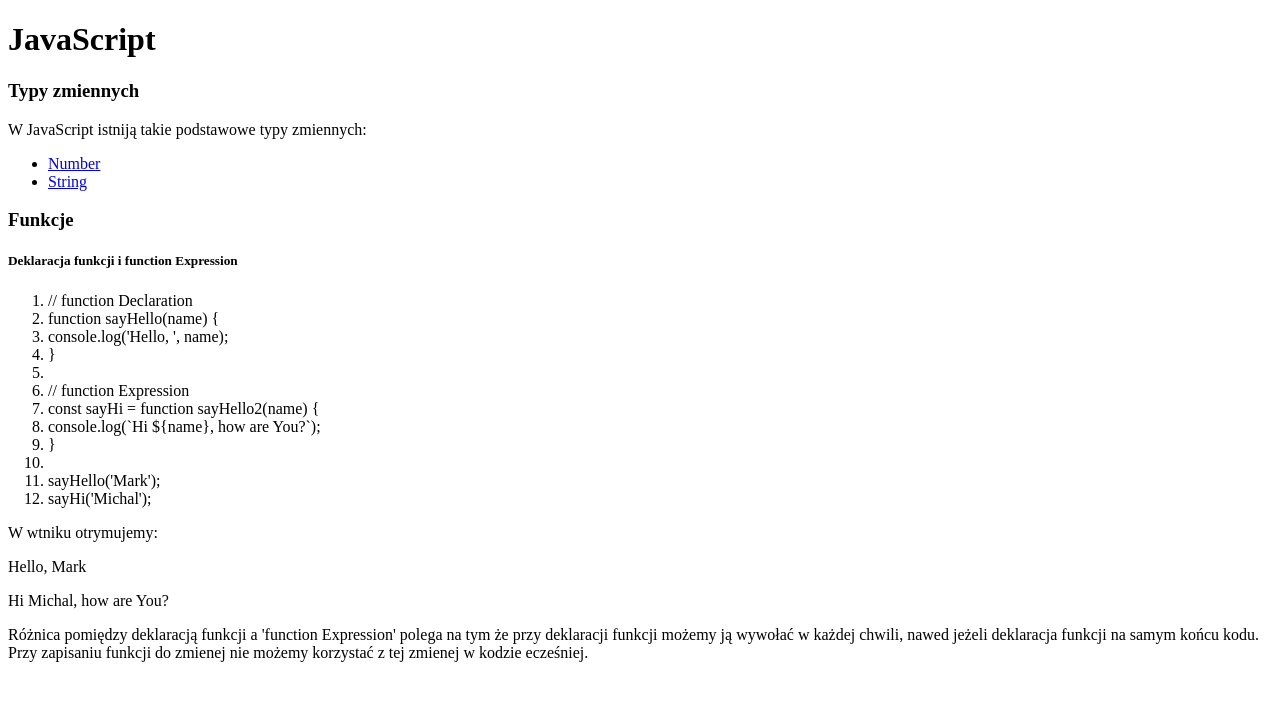
Repository: romanstetsiuk1/JS_learn
Page: noteJavaScript.html
An editor plug-in stored every save of this project. The page is shown before and after the next save, followed by the edit.
The browser window is 1280 px wide. The pictures show the whole page.

Above is the page before, as saved 2020-08-19 16:46:39.

After the next save:
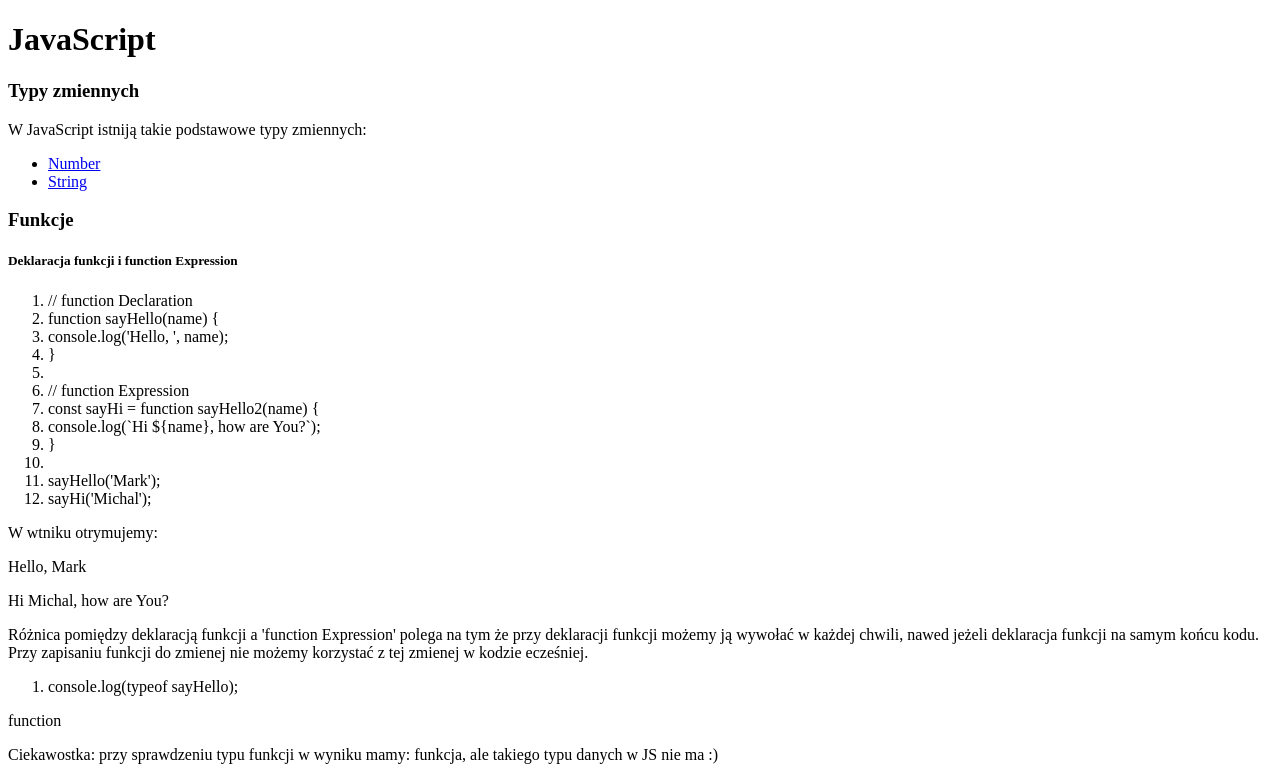
Saved 32 min 42 s later.
--- a/noteJavaScript.html
+++ b/noteJavaScript.html
@@ -48,6 +48,17 @@
           kodu. Przy zapisaniu funkcji do zmienej nie możemy korzystać
           z tej zmienej w kodzie ecześniej.
         </p>
+        <div class="vsCode">
+          <ol>
+            <li>console.log(typeof sayHello);</li>
+          </ol>
+        </div>
+        <div class="resultInConsole">
+          <p>function</p>
+        </div>
+        <p>Ciekawostka: przy sprawdzeniu typu funkcji w wyniku mamy: funkcja,
+          ale takiego typu danych w JS nie ma :)
+        </p>
 
 
     </article>
